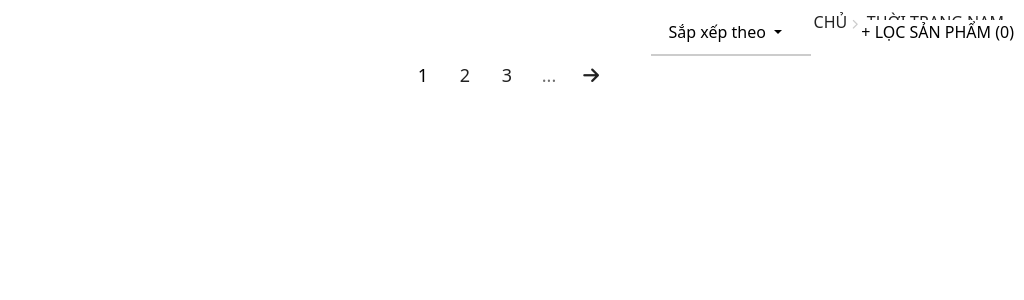
Repository: NguyenQuangQuan021099/FE_Page-Male
Page: index.html
An editor plug-in stored every save of this project. The page is shown before and after a run of saves, followed by the edit.
The browser window is 1024 px wide. The pictures show the whole page.
The page's requests for data from a server got no answer. Some web libraries are served in a nearby version.

Above is the page before, as saved 2021-07-08 11:27:32.

After the next 2 saves:
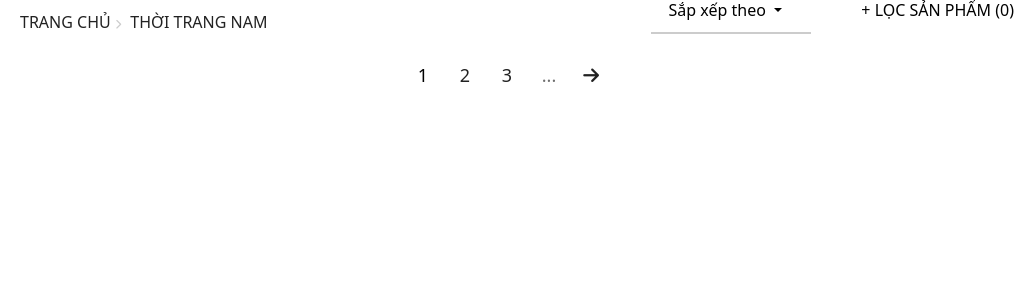
The 2 saves are shown as one change because they came seconds apart.
The last was saved 7 s later.
--- a/style.css
+++ b/style.css
@@ -297,7 +297,7 @@ li .renderItems .sub__div a:hover .sub__content{
 @media screen and (min-width: 360px) and (max-width: 1024px) {
 
     .category__product__action{
-        flex-direction: row-reverse;
+        flex-direction: column-reverse;
         padding: 0 20px;
         margin-bottom: 0;
     }
